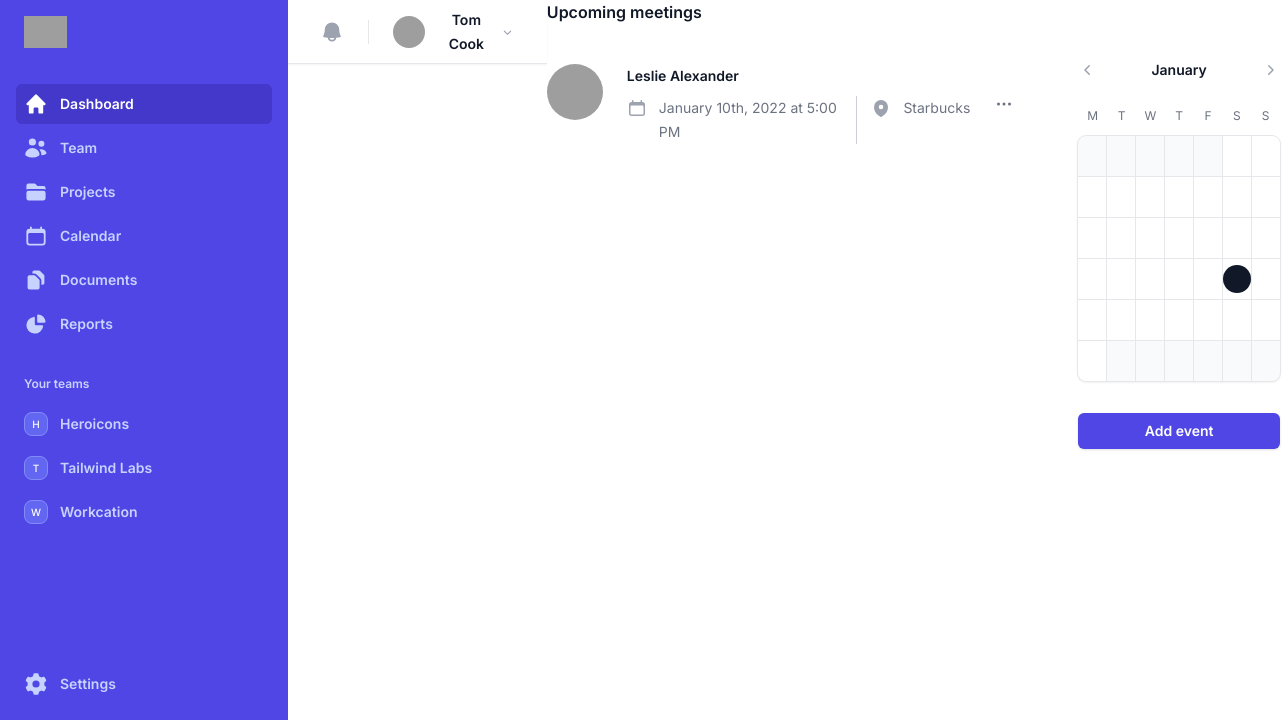
Repository: uh-sman/digital-x
Page: /
An editor plug-in stored every save of this project. The page is shown before and after the next save, followed by the edit.
The browser window is 1280 px wide. The page is 1286 px wide, then 1280 px, so the pictures cover 1286 px, including what lies to the right of the window. The pictures show the whole page.
Pictures or frames that could not be fetched are drawn as grey boxes. The project was rebuilt for these pictures with package versions that can differ from the ones it lists, and the page was loaded fresh each time. The framework's server and built-in components were replaced by stand-ins that run in the browser. Also part of the build but not shown: next.config.mjs.

Above is the page before, as saved 2024-04-02 09:58:00.

### app/layout.tsx
import type { Metadata } from "next";
import { Inter } from "next/font/google";
import "./globals.css";
import SideBar from "./(routes)/(components)/sidebar";

const inter = Inter({ subsets: ["latin"] });

export const metadata: Metadata = {
  title: "Create Next App",
  description: "Generated by create next app",
};

export default function RootLayout({
  children,
}: Readonly<{
  children: React.ReactNode;
}>) {
  return (
    <html lang="en">
      <body className={inter.className}>
        <div className="flex">
          <SideBar />
          <div>{children}</div>
        </div>
      </body>
    </html>
  );
}

### app/(routes)/page.tsx
import Image from "next/image";
import SideBar from "./(components)/sidebar";

import { Fragment } from 'react'
import {
  CalendarIcon,
  ChevronLeftIcon,
  ChevronRightIcon,
  EllipsisHorizontalIcon,
  MapPinIcon,
} from '@heroicons/react/20/solid'
import { Menu, Transition } from '@headlessui/react'

const meetings = [
  {
    id: 1,
    date: 'January 10th, 2022',
    time: '5:00 PM',
    datetime: '2022-01-10T17:00',
    name: 'Leslie Alexander',
    imageUrl:
      'https://images.unsplash.com/photo-1494790108377-be9c29b29330?ixlib=rb-1.2.1&ixid=eyJhcHBfaWQiOjEyMDd9&auto=format&fit=facearea&facepad=2&w=256&h=256&q=80',
    location: 'Starbucks',
  },
  // More meetings...
]
const days = [
  { date: '2021-12-27' },
  { date: '2021-12-28' },
  { date: '2021-12-29' },
  { date: '2021-12-30' },
  { date: '2021-12-31' },
  { date: '2022-01-01', isCurrentMonth: true },
  { date: '2022-01-02', isCurrentMonth: true },
  { date: '2022-01-03', isCurrentMonth: true },
  { date: '2022-01-04', isCurrentMonth: true },
  { date: '2022-01-05', isCurrentMonth: true },
  { date: '2022-01-06', isCurrentMonth: true },
  { date: '2022-01-07', isCurrentMonth: true },
  { date: '2022-01-08', isCurrentMonth: true },
  { date: '2022-01-09', isCurrentMonth: true },
  { date: '2022-01-10', isCurrentMonth: true },
  { date: '2022-01-11', isCurrentMonth: true },
  { date: '2022-01-12', isCurrentMonth: true, isToday: true },
  { date: '2022-01-13', isCurrentMonth: true },
  { date: '2022-01-14', isCurrentMonth: true },
  { date: '2022-01-15', isCurrentMonth: true },
  { date: '2022-01-16', isCurrentMonth: true },
  { date: '2022-01-17', isCurrentMonth: true },
  { date: '2022-01-18', isCurrentMonth: true },
  { date: '2022-01-19', isCurrentMonth: true },
  { date: '2022-01-20', isCurrentMonth: true },
  { date: '2022-01-21', isCurrentMonth: true },
  { date: '2022-01-22', isCurrentMonth: true, isSelected: true },
  { date: '2022-01-23', isCurrentMonth: true },
  { date: '2022-01-24', isCurrentMonth: true },
  { date: '2022-01-25', isCurrentMonth: true },
  { date: '2022-01-26', isCurrentMonth: true },
  { date: '2022-01-27', isCurrentMonth: true },
  { date: '2022-01-28', isCurrentMonth: true },
  { date: '2022-01-29', isCurrentMonth: true },
  { date: '2022-01-30', isCurrentMonth: true },
  { date: '2022-01-31', isCurrentMonth: true },
  { date: '2022-02-01' },
  { date: '2022-02-02' },
  { date: '2022-02-03' },
  { date: '2022-02-04' },
  { date: '2022-02-05' },
  { date: '2022-02-06' },
]

function classNames(...classes:any) {
  return classes.filter(Boolean).join(' ')
}

export default function Home() {
  return (
    <div>
      <h2 className="text-base font-semibold leading-6 text-gray-900">Upcoming meetings</h2>
      <div className="lg:grid lg:grid-cols-12 lg:gap-x-16">
        <div className="mt-10 text-center lg:col-start-8 lg:col-end-13 lg:row-start-1 lg:mt-9 xl:col-start-9">
          <div className="flex items-center text-gray-900">
            <button
              type="button"
              className="-m-1.5 flex flex-none items-center justify-center p-1.5 text-gray-400 hover:text-gray-500"
            >
              <span className="sr-only">Previous month</span>
              <ChevronLeftIcon className="h-5 w-5" aria-hidden="true" />
            </button>
            <div className="flex-auto text-sm font-semibold">January</div>
            <button
              type="button"
              className="-m-1.5 flex flex-none items-center justify-center p-1.5 text-gray-400 hover:text-gray-500"
            >
              <span className="sr-only">Next month</span>
              <ChevronRightIcon className="h-5 w-5" aria-hidden="true" />
            </button>
          </div>
          <div className="mt-6 grid grid-cols-7 text-xs leading-6 text-gray-500">
            <div>M</div>
            <div>T</div>
            <div>W</div>
            <div>T</div>
            <div>F</div>
            <div>S</div>
            <div>S</div>
          </div>
          <div className="isolate mt-2 grid grid-cols-7 gap-px rounded-lg bg-gray-200 text-sm shadow ring-1 ring-gray-200">
            {days.map((day, dayIdx) => (
              <button
                key={day.date}
                type="button"
                className={classNames(
                  'py-1.5 hover:bg-gray-100 focus:z-10',
                  day.isCurrentMonth ? 'bg-white' : 'bg-gray-50',
                  (day.isSelected || day.isToday) && 'font-semibold',
                  day.isSelected && 'text-white',
                  !day.isSelected && day.isCurrentMonth && !day.isToday && 'text-gray-900',
                  !day.isSelected && !day.isCurrentMonth && !day.isToday && 'text-gray-400',
                  day.isToday && !day.isSelected && 'text-indigo-600',
                  dayIdx === 0 && 'rounded-tl-lg',
                  dayIdx === 6 && 'rounded-tr-lg',
                  dayIdx === days.length - 7 && 'rounded-bl-lg',
                  dayIdx === days.length - 1 && 'rounded-br-lg'
                )}
              >
                <time
                  dateTime={day.date}
                  className={classNames(
                    'mx-auto flex h-7 w-7 items-center justify-center rounded-full',
                    day.isSelected && day.isToday && 'bg-indigo-600',
                    day.isSelected && !day.isToday && 'bg-gray-900'
                  )}
                >
                  {/* {day.date.split('-').pop().replace(/^0/, '')} */}
                </time>
              </button>
            ))}
          </div>
          <button
            type="button"
            className="mt-8 w-full rounded-md bg-indigo-600 px-3 py-2 text-sm font-semibold text-white shadow hover:bg-indigo-500 focus-visible:outline focus-visible:outline-2 focus-visible:outline-offset-2 focus-visible:outline-indigo-600"
          >
            Add event
          </button>
        </div>
        <ol className="mt-4 divide-y divide-gray-100 text-sm leading-6 lg:col-span-7 xl:col-span-8">
          {meetings.map((meeting) => (
            <li key={meeting.id} className="relative flex space-x-6 py-6 xl:static">
              <img src={meeting.imageUrl} alt="" className="h-14 w-14 flex-none rounded-full" />
              <div className="flex-auto">
                <h3 className="pr-10 font-semibold text-gray-900 xl:pr-0">{meeting.name}</h3>
                <dl className="mt-2 flex flex-col text-gray-500 xl:flex-row">
                  <div className="flex items-start space-x-3">
                    <dt className="mt-0.5">
                      <span className="sr-only">Date</span>
                      <CalendarIcon className="h-5 w-5 text-gray-400" aria-hidden="true" />
                    </dt>
                    <dd>
                      <time dateTime={meeting.datetime}>
                        {meeting.date} at {meeting.time}
                      </time>
                    </dd>
                  </div>
                  <div className="mt-2 flex items-start space-x-3 xl:ml-3.5 xl:mt-0 xl:border-l xl:border-gray-400 xl:border-opacity-50 xl:pl-3.5">
                    <dt className="mt-0.5">
                      <span className="sr-only">Location</span>
                      <MapPinIcon className="h-5 w-5 text-gray-400" aria-hidden="true" />
                    </dt>
                    <dd>{meeting.location}</dd>
                  </div>
                </dl>
              </div>
              <Menu as="div" className="absolute right-0 top-6 xl:relative xl:right-auto xl:top-auto xl:self-center">
                <div>
                  <Menu.Button className="-m-2 flex items-center rounded-full p-2 text-gray-500 hover:text-gray-600">
                    <span className="sr-only">Open options</span>
                    <EllipsisHorizontalIcon className="h-5 w-5" aria-hidden="true" />
                  </Menu.Button>
                </div>

                <Transition
                  as={Fragment}
                  enter="transition ease-out duration-100"
                  enterFrom="transform opacity-0 scale-95"
                  enterTo="transform opacity-100 scale-100"
                  leave="transition ease-in duration-75"
                  leaveFrom="transform opacity-100 scale-100"
                  leaveTo="transform opacity-0 scale-95"
                >
                  <Menu.Items className="absolute right-0 z-10 mt-2 w-36 origin-top-right rounded-md bg-white shadow-lg ring-1 ring-black ring-opacity-5 focus:outline-none">
                    <div className="py-1">
                      <Menu.Item>
                        {({ active }) => (
                          <a
                            href="#"
                            className={classNames(
                              active ? 'bg-gray-100 text-gray-900' : 'text-gray-700',
                              'block px-4 py-2 text-sm'
                            )}
                          >
                            Edit
                          </a>
                        )}
                      </Menu.Item>
                      <Menu.Item>
                        {({ active }) => (
                          <a
                            href="#"
                            className={classNames(
                              active ? 'bg-gray-100 text-gray-900' : 'text-gray-700',
                              'block px-4 py-2 text-sm'
                            )}
                          >
                            Cancel
                          </a>
                        )}
                      </Menu.Item>
                    </div>
                  </Menu.Items>
                </Transition>
              </Menu>
            </li>
          ))}
        </ol>
      </div>
    </div>
  )
}

### tailwind.config.ts
import type { Config } from "tailwindcss";

const config: Config = {
  content: [
    "./pages/**/*.{js,ts,jsx,tsx,mdx}",
    "./components/**/*.{js,ts,jsx,tsx,mdx}",
    "./app/**/*.{js,ts,jsx,tsx,mdx}",
  ],
  theme: {
    extend: {
      backgroundImage: {
        "gradient-radial": "radial-gradient(var(--tw-gradient-stops))",
        "gradient-conic":
          "conic-gradient(from 180deg at 50% 50%, var(--tw-gradient-stops))",
      },
    },
  },
  plugins: [
    require("@tailwindcss/forms"),
  ],
};
export default config;

Loaded but not shown: app/globals.css (common file); app/(routes)/(components)/sidebar.tsx (359 lines, source omitted)

After the next save:
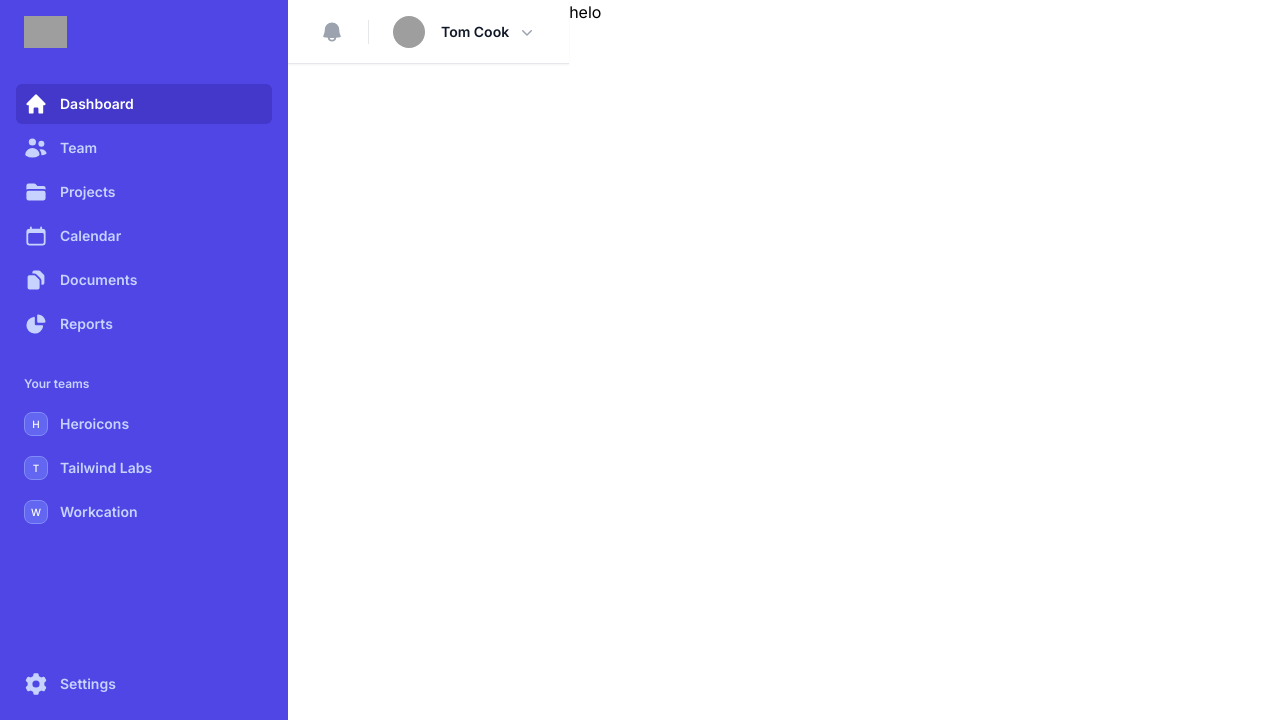
Saved 35 s later.
--- a/app/(routes)/page.tsx
+++ b/app/(routes)/page.tsx
@@ -76,154 +76,7 @@ function classNames(...classes:any) {
 export default function Home() {
   return (
     <div>
-      <h2 className="text-base font-semibold leading-6 text-gray-900">Upcoming meetings</h2>
-      <div className="lg:grid lg:grid-cols-12 lg:gap-x-16">
-        <div className="mt-10 text-center lg:col-start-8 lg:col-end-13 lg:row-start-1 lg:mt-9 xl:col-start-9">
-          <div className="flex items-center text-gray-900">
-            <button
-              type="button"
-              className="-m-1.5 flex flex-none items-center justify-center p-1.5 text-gray-400 hover:text-gray-500"
-            >
-              <span className="sr-only">Previous month</span>
-              <ChevronLeftIcon className="h-5 w-5" aria-hidden="true" />
-            </button>
-            <div className="flex-auto text-sm font-semibold">January</div>
-            <button
-              type="button"
-              className="-m-1.5 flex flex-none items-center justify-center p-1.5 text-gray-400 hover:text-gray-500"
-            >
-              <span className="sr-only">Next month</span>
-              <ChevronRightIcon className="h-5 w-5" aria-hidden="true" />
-            </button>
-          </div>
-          <div className="mt-6 grid grid-cols-7 text-xs leading-6 text-gray-500">
-            <div>M</div>
-            <div>T</div>
-            <div>W</div>
-            <div>T</div>
-            <div>F</div>
-            <div>S</div>
-            <div>S</div>
-          </div>
-          <div className="isolate mt-2 grid grid-cols-7 gap-px rounded-lg bg-gray-200 text-sm shadow ring-1 ring-gray-200">
-            {days.map((day, dayIdx) => (
-              <button
-                key={day.date}
-                type="button"
-                className={classNames(
-                  'py-1.5 hover:bg-gray-100 focus:z-10',
-                  day.isCurrentMonth ? 'bg-white' : 'bg-gray-50',
-                  (day.isSelected || day.isToday) && 'font-semibold',
-                  day.isSelected && 'text-white',
-                  !day.isSelected && day.isCurrentMonth && !day.isToday && 'text-gray-900',
-                  !day.isSelected && !day.isCurrentMonth && !day.isToday && 'text-gray-400',
-                  day.isToday && !day.isSelected && 'text-indigo-600',
-                  dayIdx === 0 && 'rounded-tl-lg',
-                  dayIdx === 6 && 'rounded-tr-lg',
-                  dayIdx === days.length - 7 && 'rounded-bl-lg',
-                  dayIdx === days.length - 1 && 'rounded-br-lg'
-                )}
-              >
-                <time
-                  dateTime={day.date}
-                  className={classNames(
-                    'mx-auto flex h-7 w-7 items-center justify-center rounded-full',
-                    day.isSelected && day.isToday && 'bg-indigo-600',
-                    day.isSelected && !day.isToday && 'bg-gray-900'
-                  )}
-                >
-                  {/* {day.date.split('-').pop().replace(/^0/, '')} */}
-                </time>
-              </button>
-            ))}
-          </div>
-          <button
-            type="button"
-            className="mt-8 w-full rounded-md bg-indigo-600 px-3 py-2 text-sm font-semibold text-white shadow hover:bg-indigo-500 focus-visible:outline focus-visible:outline-2 focus-visible:outline-offset-2 focus-visible:outline-indigo-600"
-          >
-            Add event
-          </button>
-        </div>
-        <ol className="mt-4 divide-y divide-gray-100 text-sm leading-6 lg:col-span-7 xl:col-span-8">
-          {meetings.map((meeting) => (
-            <li key={meeting.id} className="relative flex space-x-6 py-6 xl:static">
-              <img src={meeting.imageUrl} alt="" className="h-14 w-14 flex-none rounded-full" />
-              <div className="flex-auto">
-                <h3 className="pr-10 font-semibold text-gray-900 xl:pr-0">{meeting.name}</h3>
-                <dl className="mt-2 flex flex-col text-gray-500 xl:flex-row">
-                  <div className="flex items-start space-x-3">
-                    <dt className="mt-0.5">
-                      <span className="sr-only">Date</span>
-                      <CalendarIcon className="h-5 w-5 text-gray-400" aria-hidden="true" />
-                    </dt>
-                    <dd>
-                      <time dateTime={meeting.datetime}>
-                        {meeting.date} at {meeting.time}
-                      </time>
-                    </dd>
-                  </div>
-                  <div className="mt-2 flex items-start space-x-3 xl:ml-3.5 xl:mt-0 xl:border-l xl:border-gray-400 xl:border-opacity-50 xl:pl-3.5">
-                    <dt className="mt-0.5">
-                      <span className="sr-only">Location</span>
-                      <MapPinIcon className="h-5 w-5 text-gray-400" aria-hidden="true" />
-                    </dt>
-                    <dd>{meeting.location}</dd>
-                  </div>
-                </dl>
-              </div>
-              <Menu as="div" className="absolute right-0 top-6 xl:relative xl:right-auto xl:top-auto xl:self-center">
-                <div>
-                  <Menu.Button className="-m-2 flex items-center rounded-full p-2 text-gray-500 hover:text-gray-600">
-                    <span className="sr-only">Open options</span>
-                    <EllipsisHorizontalIcon className="h-5 w-5" aria-hidden="true" />
-                  </Menu.Button>
-                </div>
-
-                <Transition
-                  as={Fragment}
-                  enter="transition ease-out duration-100"
-                  enterFrom="transform opacity-0 scale-95"
-                  enterTo="transform opacity-100 scale-100"
-                  leave="transition ease-in duration-75"
-                  leaveFrom="transform opacity-100 scale-100"
-                  leaveTo="transform opacity-0 scale-95"
-                >
-                  <Menu.Items className="absolute right-0 z-10 mt-2 w-36 origin-top-right rounded-md bg-white shadow-lg ring-1 ring-black ring-opacity-5 focus:outline-none">
-                    <div className="py-1">
-                      <Menu.Item>
-                        {({ active }) => (
-                          <a
-                            href="#"
-                            className={classNames(
-                              active ? 'bg-gray-100 text-gray-900' : 'text-gray-700',
-                              'block px-4 py-2 text-sm'
-                            )}
-                          >
-                            Edit
-                          </a>
-                        )}
-                      </Menu.Item>
-                      <Menu.Item>
-                        {({ active }) => (
-                          <a
-                            href="#"
-                            className={classNames(
-                              active ? 'bg-gray-100 text-gray-900' : 'text-gray-700',
-                              'block px-4 py-2 text-sm'
-                            )}
-                          >
-                            Cancel
-                          </a>
-                        )}
-                      </Menu.Item>
-                    </div>
-                  </Menu.Items>
-                </Transition>
-              </Menu>
-            </li>
-          ))}
-        </ol>
-      </div>
+      helo
     </div>
   )
 }
